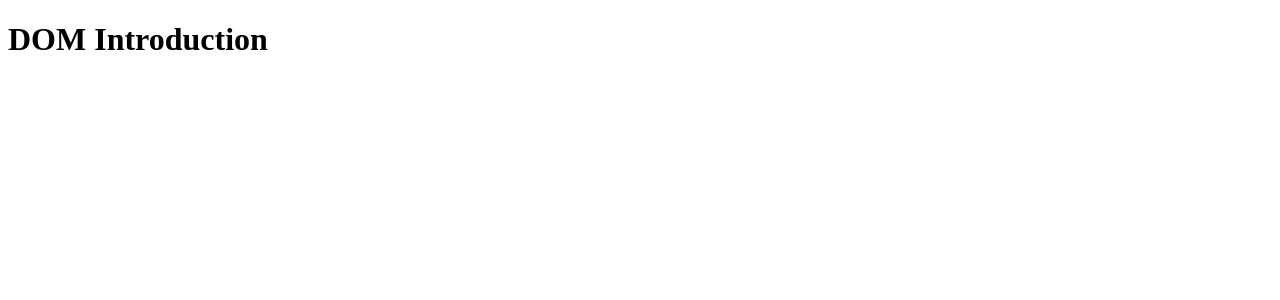
Repository: jadon1281/Imersion_Project
Page: DOM/index.html
An editor plug-in stored every save of this project. The page is shown before and after a run of saves, followed by the edit.
The browser window is 1280 px wide. The pictures show the whole page.

Above is the page before, as saved 2025-06-10 13:04:07.

### DOM/index.html
<!DOCTYPE html>
<html lang="en">
<head>
    <meta charset="UTF-8">
    <meta name="viewport" content="width=device-width, initial-scale=1.0">
    <title>Document</title>
    <link rel="stylesheet" href="./style.css">
</head>
<body>
    <h1 id="head"> DOM Introduction</h1>
    <script></script>
</body>
</html>

### DOM/script.js
const head = document.getElementById('head');
console.log(head);
head.style.color='red';
head.style.border = "3px solid green";
head.style.backgroundColor="blue";

const btn = documents.getElementById('btn');

btn.addEventListener('click',()=>{
head.style.backgroundColor="grey";

})

Loaded but not shown: DOM/style.css (no copy from this time; the picture is the same without it)

After the next 3 saves:
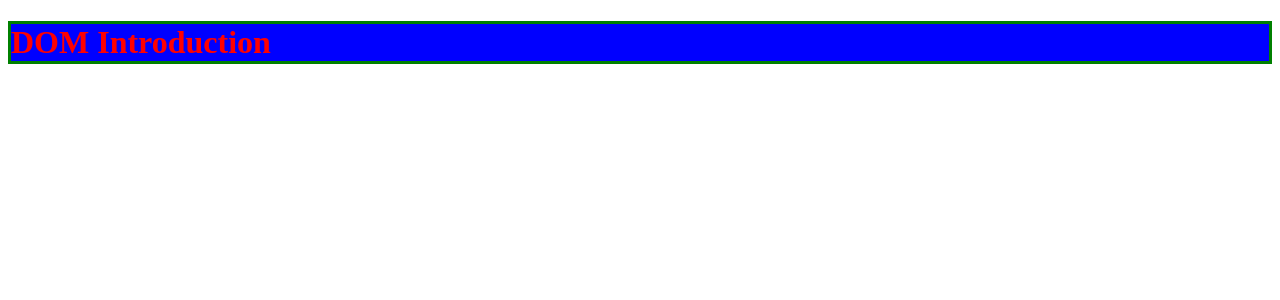
Console error: ReferenceError: documents is not defined
The 3 saves are shown as one change because they came seconds apart.
The last was saved 7 s later.
--- a/DOM/index.html
+++ b/DOM/index.html
@@ -8,6 +8,6 @@
 </head>
 <body>
     <h1 id="head"> DOM Introduction</h1>
-    <script></script>
+    <script src="./script.js"></script>
 </body>
 </html>
